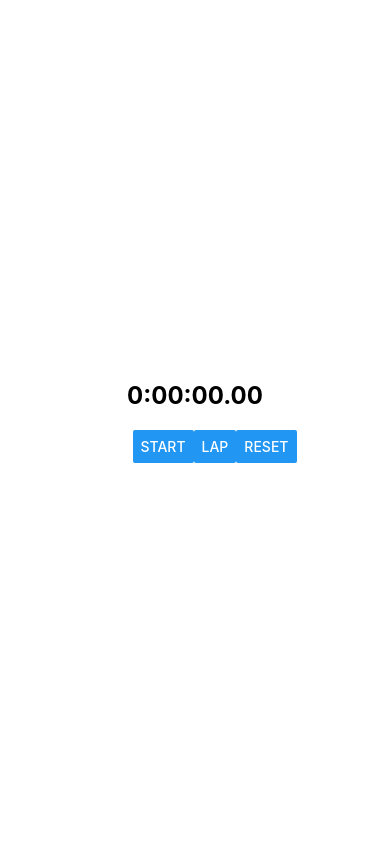
Repository: Shopify/eng-intern-assessment-react-native
Screen: /
The author's editor kept a copy of each file at every save. The screen is drawn from the files as they stood at one save, then again after the next save.
The app was drawn by React Native's web renderer in a window 390 px wide. The project was rebuilt for these pictures with package versions that can differ from the ones it lists, and the page was loaded fresh each time.

Above is the screen before, as saved 2024-01-13 12:13:41.

After the next save:
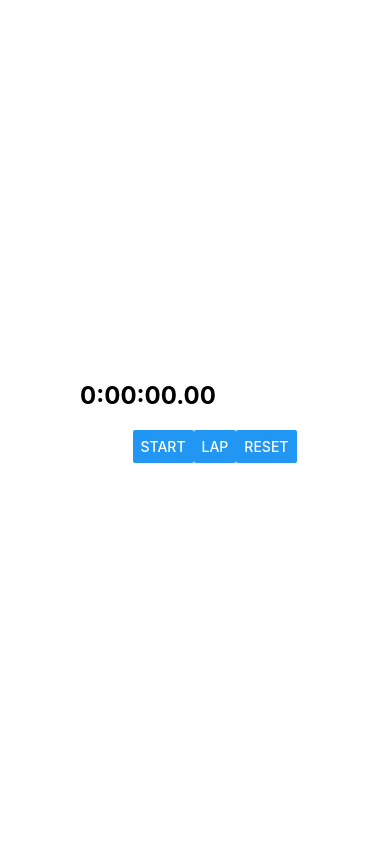
Saved 5 s later.
--- a/src/StopWatch.tsx
+++ b/src/StopWatch.tsx
@@ -61,19 +61,20 @@
 const styles = StyleSheet.create({
   container: {
     flex: 1,
+    alignItems: 'center',
     justifyContent: 'center',
-    alignItems: 'center',
   },
   timerContainer: {
-    minWidth: 250, // Adjust based on expected longest time string
-    paddingHorizontal: 10,
-    alignItems: 'center', // Center align the timer text horizontally
+    minWidth: 250, // Adjust this width based on the expected longest time string
+    alignItems: 'flex-start', // Align items to the start (left)
+    justifyContent: 'center',
+    paddingHorizontal: 10, // Add some padding for aesthetics
   },
   timerText: {
     fontSize: 24,
     fontWeight: 'bold',
-    // fontFamily: 'monospace',
-    textAlign: 'center', // Center align the text
+    // fontFamily: 'monospace', // Monospace font for equal character width
+    textAlign: 'left', // Align text to the left
   },
   lapText: {
     fontSize: 16,

After the 2 saves that followed:
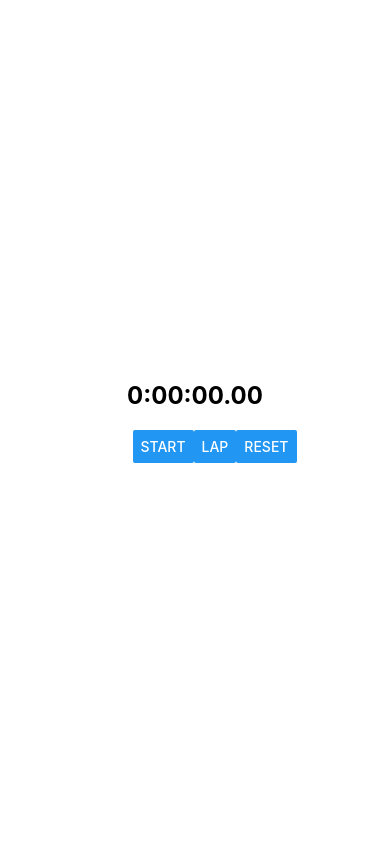
The 2 saves are shown as one change because 1 left the picture as it was.
The last was saved 27 s later.
--- a/src/StopWatch.tsx
+++ b/src/StopWatch.tsx
@@ -66,7 +66,7 @@
   },
   timerContainer: {
     minWidth: 250, // Adjust this width based on the expected longest time string
-    alignItems: 'flex-start', // Align items to the start (left)
+    alignItems: 'center', // Align items to the start (left)
     justifyContent: 'center',
     paddingHorizontal: 10, // Add some padding for aesthetics
   },
